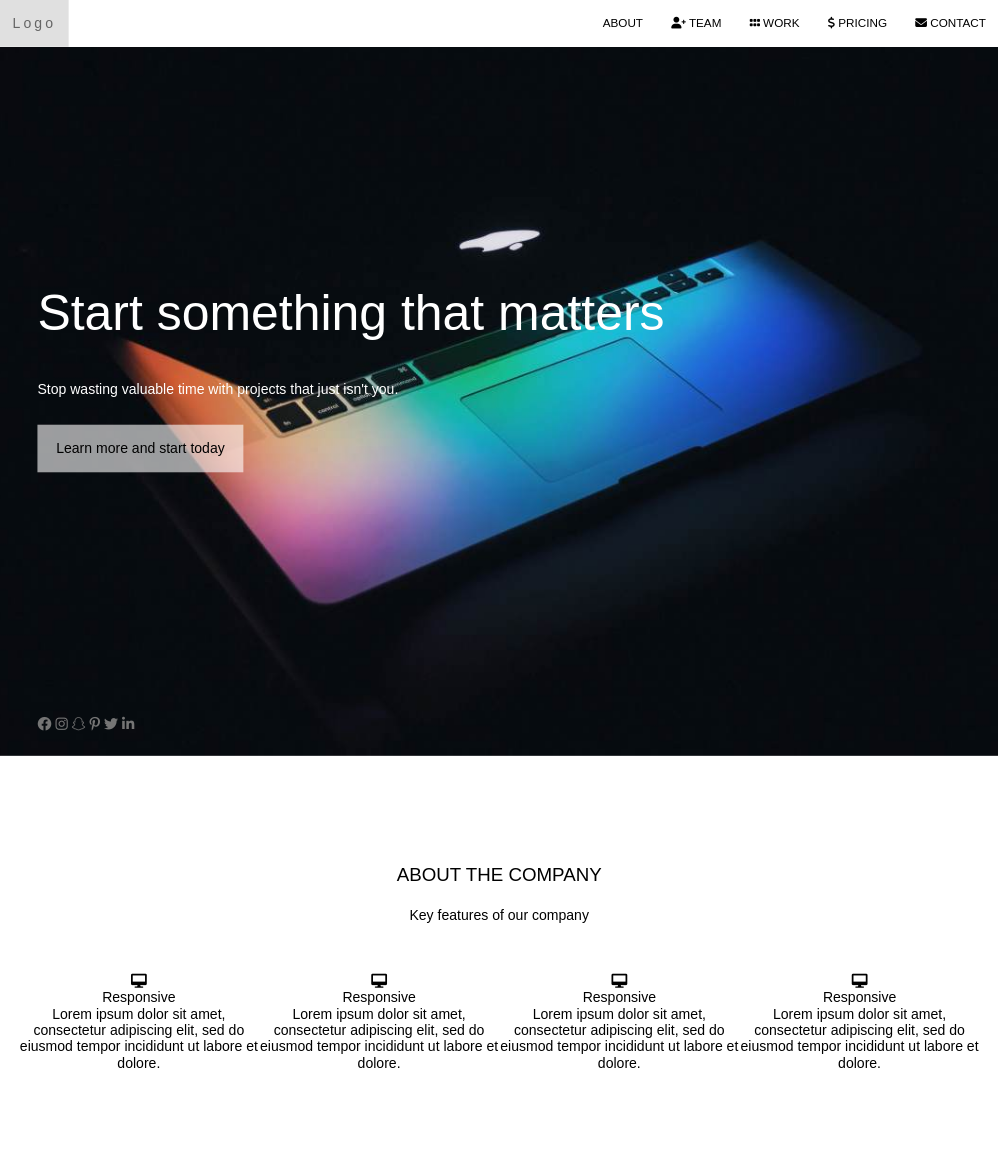
Repository: husterDC/Test
Page: index.html
These files come from the project's save history. The page is drawn as it stood at one moment and after the next save; the edit follows.
The browser window is 1280 px wide. The pictures show the whole page, at 78% of full size.

Above is the page before, as saved 2022-10-13 12:50:54.

### index.html
<!DOCTYPE html>
<html lang="en">
<head>
    <meta charset="UTF-8">
    <meta http-equiv="X-UA-Compatible" content="IE=edge">
    <meta name="viewport" content="width=device-width, initial-scale=1.0">
    <title>Document</title>
    <link rel="stylesheet" href="./assets/base.css">
    <link rel="stylesheet" href="./assets/style.css">
    <link rel="stylesheet" href="./assets/css/responsive.css">
    <link rel="stylesheet" href="./fonts/themify-icons/themify-icons.css">
    <link rel="stylesheet" href="./assets/fontawesome-free-6.1.1-web/css/all.min.css">
</head>
</head>
<body>
    <div class="header">
        <div class="header_logo">
            <a href="" class="header_logo-link">Logo</a>
        </div>
        <div class="header_nav">
            <ul class="header_nav-menu">
                <li class="header_nav-item">

                    <a href="" class="header_nav-link">ABOUT</a>
                </li>
                <li class="header_nav-item">
                    <a href="" class="header_nav-link">
                        <i class="header_nav-icon header-nav_icon fa-solid fa-user-plus"></i>
                        TEAM
                    </a>
                </li>
                <li class="header_nav-item">
                    <a href="" class="header_nav-link">
                        <i class="fa-solid fa-grip"></i>
                        WORK
                    </a>
                </li>
                <li class="header_nav-item">
                    <a href="" class="header_nav-link">
                        <i class="header_nav-icon fa-solid fa-dollar-sign"></i>
                        PRICING
                    </a>
                </li>
                <li class="header_nav-item">
                    <a href="" class="header_nav-link">
                        <i class="header_nav-icon fa-solid fa-envelope"></i>
                        CONTACT
                    </a>
                </li>
            </ul>
        </div>
    </div>
    <div class="slider">
        <div class="slider_content">
            <div class="slider_title">Start something that matters</div>
            <div class="slider_dec">Stop wasting valuable time with projects that just isn't you.</div>
            <a href="" class="slider_link">
                <button class="slider_btn">Learn more and start today</button>
            </a>
        </div>
        <div class="slider_social">
            <a href="" class="slider_social-link"><i class="slider_social-icon fa-brands fa-facebook"></i></a>
            <a href="" class="slider_social-link"><i class="slider_social-icon fa-brands fa-instagram"></i></a>
            <a href="" class="slider_social-link"><i class="slider_social-icon fa-brands fa-snapchat"></i></a>
            <a href="" class="slider_social-link"><i class="slider_social-icon fa-brands fa-pinterest-p"></i></a>
            <a href="" class="slider_social-link"><i class="slider_social-icon fa-brands fa-twitter"></i></a>
            <a href="" class="slider_social-link"><i class="slider_social-icon fa-brands fa-linkedin-in"></i></a>
        </div>
    </div>
    <div class="container">
        <div class="container_base container_about">
            <div class="container_about-title">ABOUT THE COMPANY</div>
            <div class="container_about-dec">Key features of our company</div>
            <div class="container_about-member">
                <div class="container_about-item">
                    <i class="container_about-item-icon fa-solid fa-desktop"></i>
                    <div class="container_about-item-name">Responsive</div>
                    <div class="container_about-item-dec">Lorem ipsum dolor sit amet, consectetur adipiscing elit, sed do eiusmod tempor incididunt ut labore et dolore.</div>
                </div>
                <div class="container_about-item">
                    <i class="container_about-item-icon fa-solid fa-desktop"></i>
                    <div class="container_about-item-name">Responsive</div>
                    <div class="container_about-item-dec">Lorem ipsum dolor sit amet, consectetur adipiscing elit, sed do eiusmod tempor incididunt ut labore et dolore.</div>
                </div>
                <div class="container_about-item">
                    <i class="container_about-item-icon fa-solid fa-desktop"></i>
                    <div class="container_about-item-name">Responsive</div>
                    <div class="container_about-item-dec">Lorem ipsum dolor sit amet, consectetur adipiscing elit, sed do eiusmod tempor incididunt ut labore et dolore.</div>
                </div>
                <div class="container_about-item">
                    <i class="container_about-item-icon fa-solid fa-desktop"></i>
                    <div class="container_about-item-name">Responsive</div>
                    <div class="container_about-item-dec">Lorem ipsum dolor sit amet, consectetur adipiscing elit, sed do eiusmod tempor incididunt ut labore et dolore.</div>
                </div>
            </div>
        </div>
    </div>
</body>
</html>

### assets/base.css
.container_base {
    padding: 128px 16px;
}

### assets/style.css
* {
    padding: 0;
    margin: 0;
    box-sizing: border-box;
}
html {

    scroll-behavior: smooth;
    font-family: Arial, Helvetica, sans-serif;
}
.white-text {
    color: #fff;
}
.clear {
    clear: both;
}
.header {
    height: 60px;
    width: 100%;
    font-size: 15px;
    background-color: #fff;
    display: flex;
    align-items: center;
    position: fixed;
    z-index: 2;
}
.header_logo {
    flex: 1;
    font-size: 18px;
    letter-spacing: 4px;
    opacity: 0.6;
}
.header_logo-link {
    position: absolute;
    left: 0;
    top: 50%;
    transform: translateY(-50%);
    padding: 0 16px;
    text-align: center;
    line-height: 60px;

}
.header_nav-menu {
    position: absolute;
    right: 0;
    top: 50%;
    transform: translateY(-50%);
    text-align: center;
}
.header_nav-item {
    line-height: 60px;
    display: inline-block;
    margin: 0;
    padding: 0 16px;
}
.header_logo-link,
.header_nav-link {
    text-decoration: none;
    color: #000;
}
.header_logo-link:hover,
.header_nav-item:hover {
    background-color: #ccc;
    cursor: pointer;
}
.slider {
    position: relative;
    height: 969px;
    background: url('./img/mac.jpg') top center / cover no-repeat;
    color: #fff;
    font-size: 18px;
    padding: 0 48px;
}
.slider_content {
    position: absolute;
    top: 50%;
    transform: translateY(-50%);
}
.slider_title {
    font-size: 64px;
    margin-bottom: 50px;
}
.slider_dec {
    margin: 15px 0;
}
.slider_btn {
    background-color: rgba(256,256,256, 0.6);
    font-size: 18px;
    border: none;
    padding: 20px 24px;
    margin-top: 20px;
}
.slider_btn:hover {
    background-color: #ccc;
}
.slider_social {
    position: absolute;
    bottom: 3%;
}
.slider_social-link {
    color: #757575;
}
.slider_social-link:hover {
    opacity: 0.6;
}
.container_about {
    font-size: 18px;
    text-align: center;
}
.container_about-title {
    font-size: 24px;
    margin: 10px 0;
}
.container_about-dec {
    margin: 28px 0 18px;
}
.container_about-member {
    display: flex;
    margin-top: 64px;
    padding: 0 8px;
}

Loaded but not shown: fonts/themify-icons/themify-icons.css (common file); assets/fontawesome-free-6.1.1-web/css/all.min.css (library); assets/responsive.css (no copy from this time; the picture is the same without it)

After the next save:
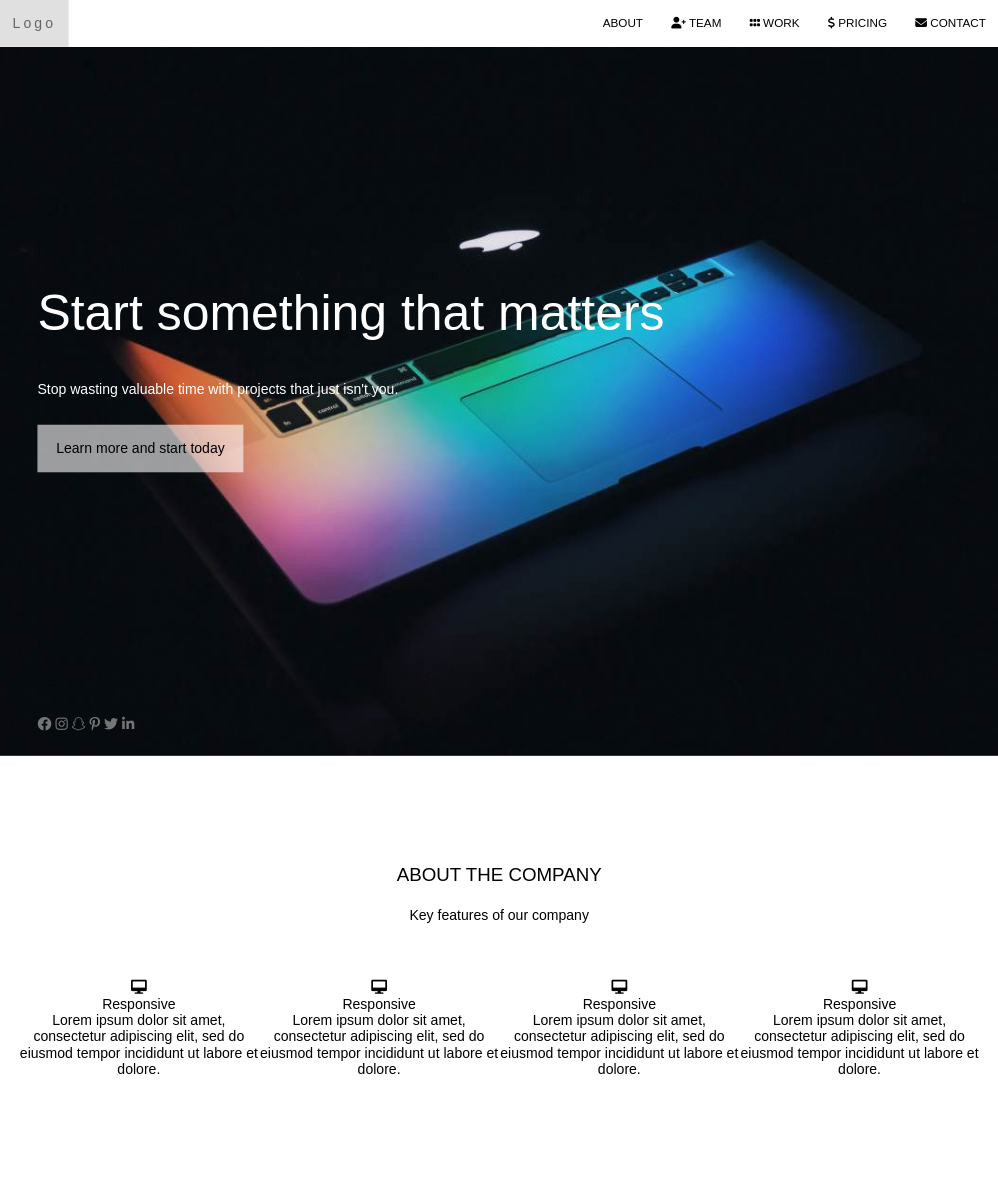
Saved 34 s later.
--- a/assets/style.css
+++ b/assets/style.css
@@ -116,6 +116,6 @@
 }
 .container_about-member {
     display: flex;
-    margin-top: 64px;
+    margin-top: 72px;
     padding: 0 8px;
 }
